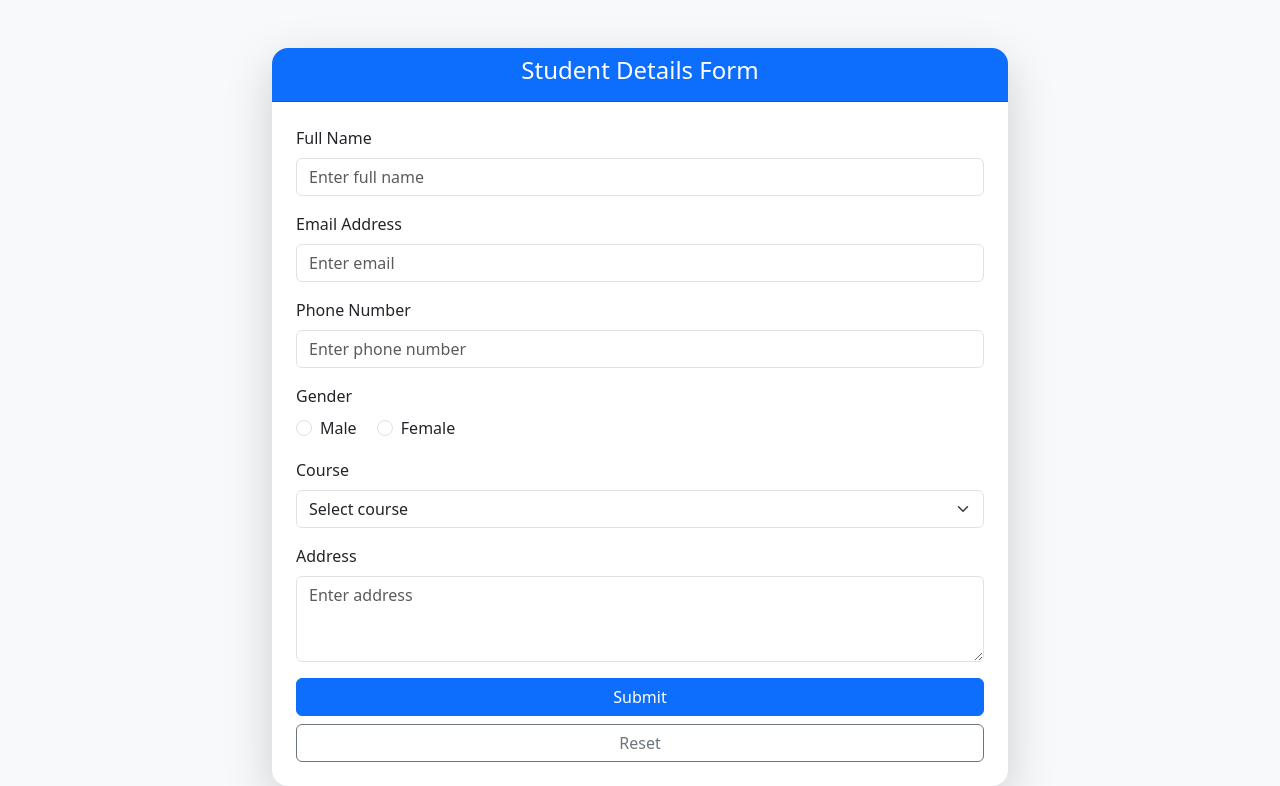
Repository: YashKachaRK/JAVA_CODE_SEM_6
Page: FIRSTPROJECT/src/main/webapp/i.html
These files come from the project's save history. The page is drawn as it stood at one moment and after the next save; the edit follows.
The browser window is 1280 px wide. The pictures show the whole page.

Above is the page before, as saved 2025-12-19 05:16:36.

### FIRSTPROJECT/src/main/webapp/i.html
<!DOCTYPE html>
<html lang="en">
<head>
    <meta charset="UTF-8">
    <title>Student Details Form</title>

    <!-- Bootstrap CSS -->
    <link href="https://cdn.jsdelivr.net/npm/bootstrap@5.3.2/dist/css/bootstrap.min.css" rel="stylesheet">
</head>
<body class="bg-light">

<div class="container mt-5">
    <div class="row justify-content-center">
        <div class="col-md-8">

            <div class="card shadow-lg border-0 rounded-4">
                <div class="card-header bg-primary text-white text-center rounded-top-4">
                    <h4>Student Details Form</h4>
                </div>

                <div class="card-body p-4">

                    <form action="Hello" method="get">
                        <!-- Full Name -->
                        <div class="mb-3">
                            <label class="form-label">Full Name</label>
                            <input type="text" class="form-control" placeholder="Enter full name">
                        </div>

                        <!-- Email -->
                        <div class="mb-3">
                            <label class="form-label">Email Address</label>
                            <input type="email" class="form-control" placeholder="Enter email">
                        </div>

                        <!-- Phone -->
                        <div class="mb-3">
                            <label class="form-label">Phone Number</label>
                            <input type="tel" class="form-control" placeholder="Enter phone number">
                        </div>

                        <!-- Gender -->
                        <div class="mb-3">
                            <label class="form-label d-block">Gender</label>
                            <div class="form-check form-check-inline">
                                <input class="form-check-input" type="radio" name="gender">
                                <label class="form-check-label">Male</label>
                            </div>
                            <div class="form-check form-check-inline">
                                <input class="form-check-input" type="radio" name="gender">
                                <label class="form-check-label">Female</label>
                            </div>
                        </div>

                        <!-- Course -->
                        <div class="mb-3">
                            <label class="form-label">Course</label>
                            <select class="form-select">
                                <option selected>Select course</option>
                                <option>Computer Science</option>
                                <option>Information Technology</option>
                                <option>Electronics</option>
                                <option>Mechanical</option>
                            </select>
                        </div>

                        <!-- Address -->
                        <div class="mb-3">
                            <label class="form-label">Address</label>
                            <textarea class="form-control" rows="3" placeholder="Enter address"></textarea>
                        </div>

                        <!-- Buttons -->
                        <div class="d-grid gap-2">
                            <button type="submit" class="btn btn-primary">Submit</button>
                            <button type="reset" class="btn btn-outline-secondary">Reset</button>
                        </div>
                    </form>

                </div>
            </div>

        </div>
    </div>
</div>

</body>
</html>

After the next save:
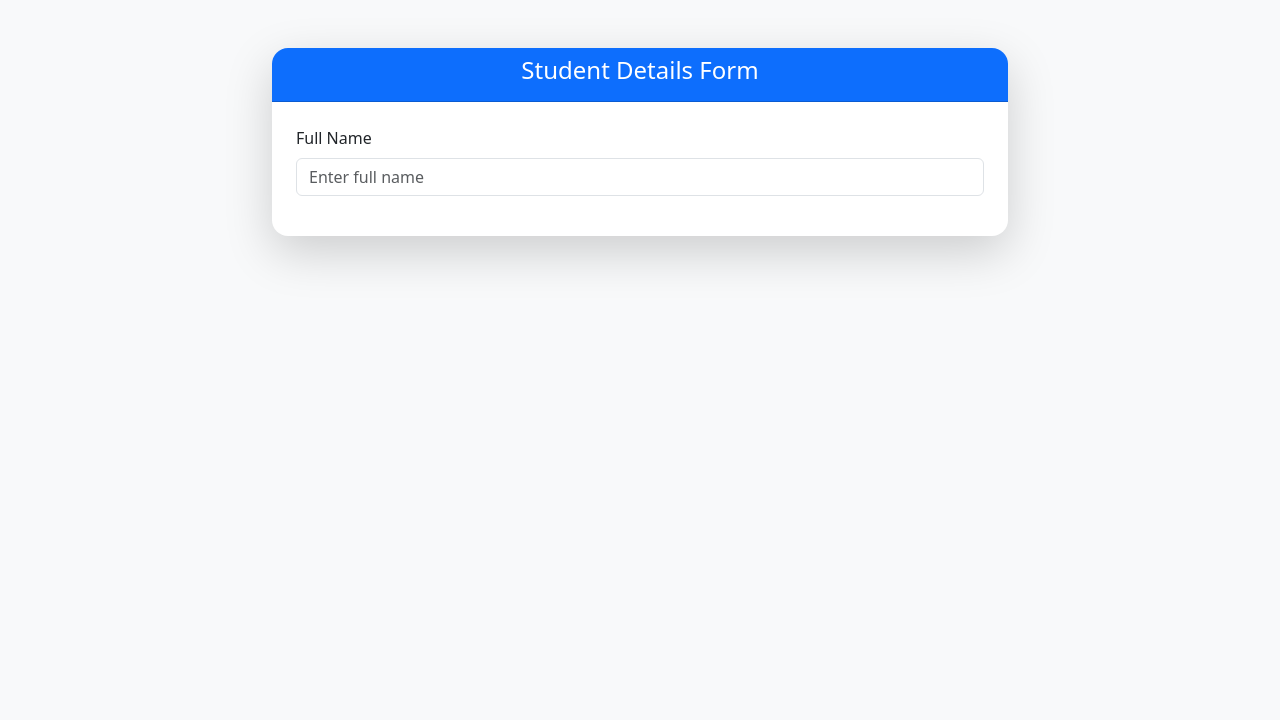
Saved 77 s later.
--- a/FIRSTPROJECT/src/main/webapp/i.html
+++ b/FIRSTPROJECT/src/main/webapp/i.html
@@ -27,54 +27,7 @@
                             <input type="text" class="form-control" placeholder="Enter full name">
                         </div>
 
-                        <!-- Email -->
-                        <div class="mb-3">
-                            <label class="form-label">Email Address</label>
-                            <input type="email" class="form-control" placeholder="Enter email">
-                        </div>
 
-                        <!-- Phone -->
-                        <div class="mb-3">
-                            <label class="form-label">Phone Number</label>
-                            <input type="tel" class="form-control" placeholder="Enter phone number">
-                        </div>
-
-                        <!-- Gender -->
-                        <div class="mb-3">
-                            <label class="form-label d-block">Gender</label>
-                            <div class="form-check form-check-inline">
-                                <input class="form-check-input" type="radio" name="gender">
-                                <label class="form-check-label">Male</label>
-                            </div>
-                            <div class="form-check form-check-inline">
-                                <input class="form-check-input" type="radio" name="gender">
-                                <label class="form-check-label">Female</label>
-                            </div>
-                        </div>
-
-                        <!-- Course -->
-                        <div class="mb-3">
-                            <label class="form-label">Course</label>
-                            <select class="form-select">
-                                <option selected>Select course</option>
-                                <option>Computer Science</option>
-                                <option>Information Technology</option>
-                                <option>Electronics</option>
-                                <option>Mechanical</option>
-                            </select>
-                        </div>
-
-                        <!-- Address -->
-                        <div class="mb-3">
-                            <label class="form-label">Address</label>
-                            <textarea class="form-control" rows="3" placeholder="Enter address"></textarea>
-                        </div>
-
-                        <!-- Buttons -->
-                        <div class="d-grid gap-2">
-                            <button type="submit" class="btn btn-primary">Submit</button>
-                            <button type="reset" class="btn btn-outline-secondary">Reset</button>
-                        </div>
                     </form>
 
                 </div>
